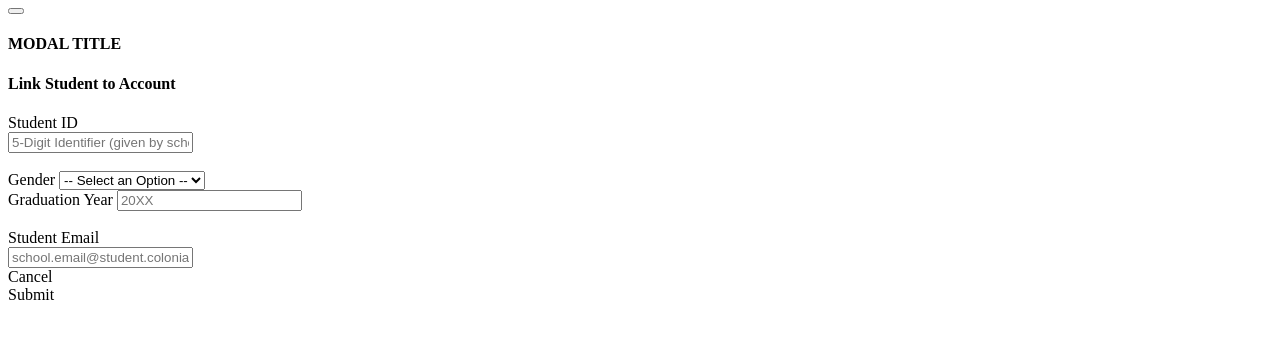
Repository: DavidGracias/florida_trip
Page: http://localhost/includes/modals/newStudentConnection.php
The author's editor kept a record of every edit. The page is drawn from the files as they stood at one moment, then again after the next edit.
The browser window is 1280 px wide. The pictures show the whole page.
The page is run by PHP 8.4 with error messages shown; the project is at /var/www/html/.

Above is the page before.
Console error: ReferenceError: $ is not defined

After the next edit:
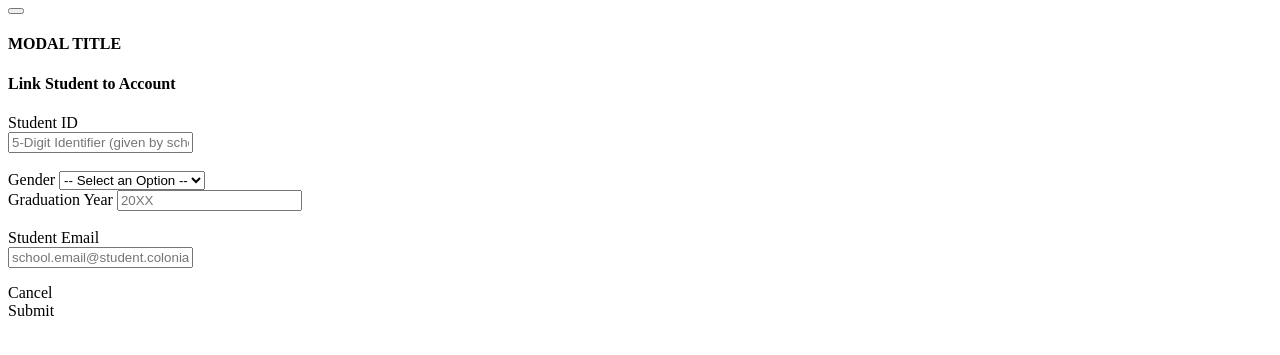
The edit:
--- a/includes/modals/newStudentConnection.php
+++ b/includes/modals/newStudentConnection.php
@@ -9,7 +9,7 @@
                     MODAL TITLE
                 </h4>
             </div>
-            <div class="modal-body">
+            <form class="modal-body">
                 <h4>Link Student to Account</h4>
                 <div class="col-xs-12 padding-0 input-group">
                     <div class="input-group-addon background-blue color-white">
